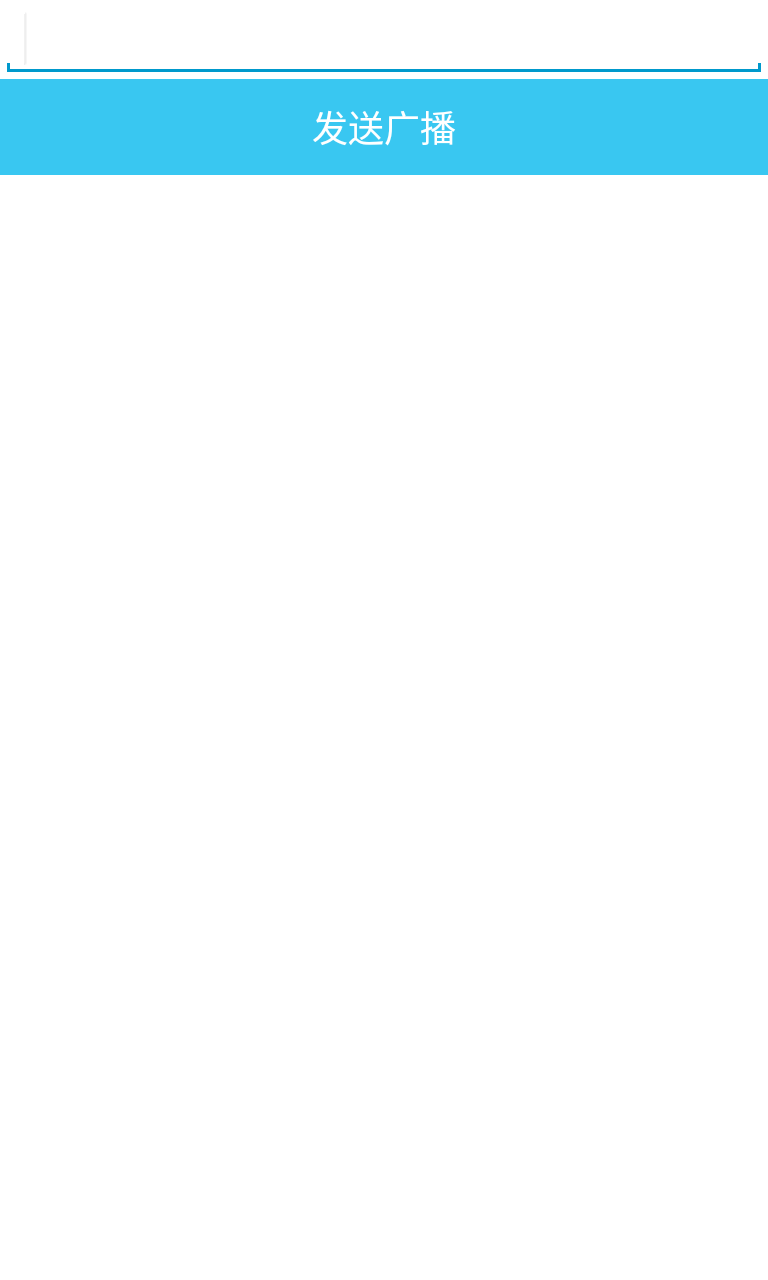
Repository: moetmd/learning-Android
Layout: BroadcastDemo/res/layout/activity_main.xml
These files come from the project's save history. The layout is drawn as it stood at one moment and after the next save; the edit follows.
It is drawn on a 768 x 1280 px phone screen (xhdpi) without system bars, with theme AppTheme; the app's code is not run.

Above is the layout before, as saved 2014-11-19 03:42:04.

After the next save:
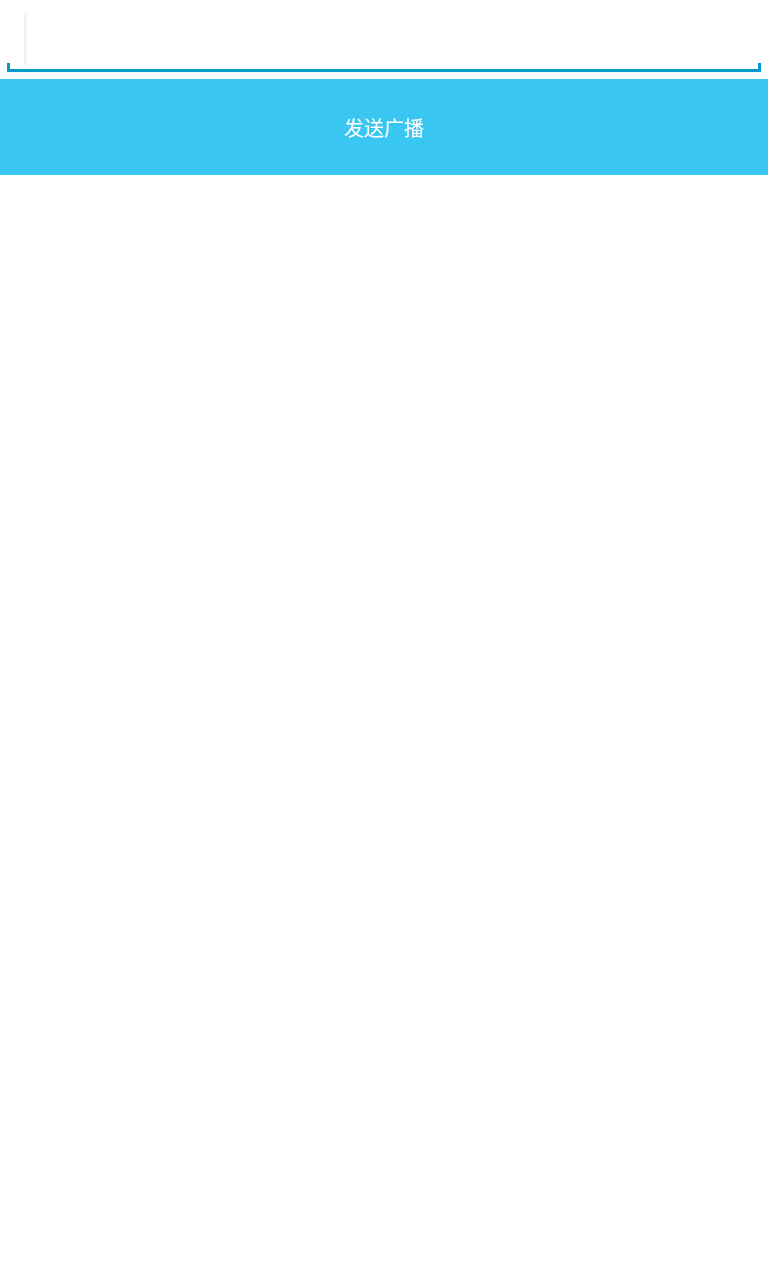
Saved 19 s later.
--- a/BroadcastDemo/res/layout/activity_main.xml
+++ b/BroadcastDemo/res/layout/activity_main.xml
@@ -26,6 +26,7 @@
             android:layout_height="wrap_content"
             android:background="#39C7F1"
             android:textColor="#FFFFFF"
+            android:textSize="10sp"
             android:text="发送广播" />
 
     </LinearLayout>
